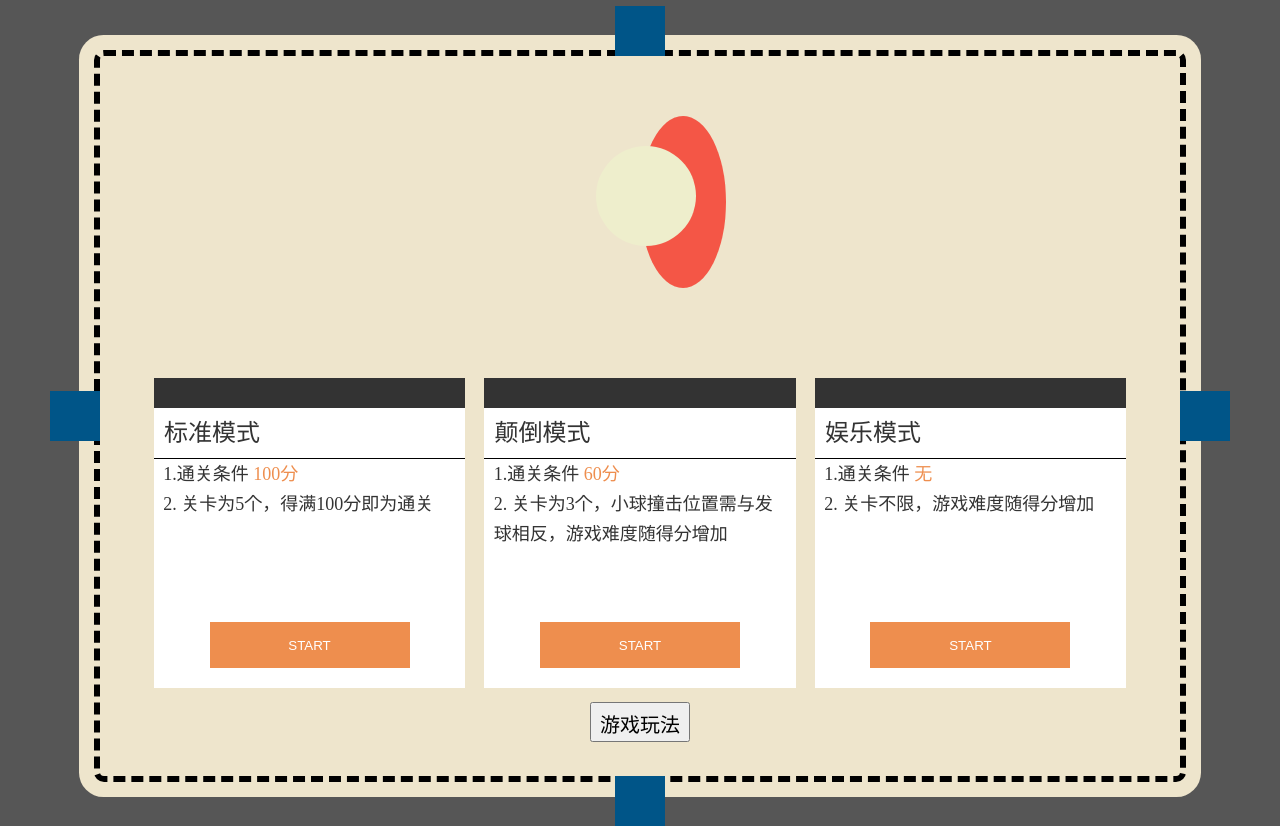
Repository: EEETA/ball-game
Page: theBall2/index.html
These files come from the project's save history. The page is drawn as it stood at one moment and after the next save; the edit follows.
The browser window is 1280 px wide. The pictures show the whole page.

Above is the page before, as saved 2018-08-04 00:22:23.

### theBall2/index.html
<!DOCTYPE html>
<html lang="en">
<head>
    <meta charset="UTF-8">
    <title>theBall</title>
	<link rel="stylesheet" href="style/index.css">
    <script src="js/jquery-1.8.3.min.js"></script>
	<script src="js/jquery.rotate.min.js"></script>
</head>
<body>
    <section class="box">
        <!-- 旋转div -->
        <section class="ball ballZhuan">
            <div class="redPart_box">
                <div class="redPart"></div>
            </div>
            <div class="blackPart_box">
                <div class="blackPart"></div>
            </div>
            <div class="middlePart"></div>
        </section>
        <div class="ball2"></div>

        <section class="idx_pattern">
            <!-- 主界面-游戏模式 -->
        </section>
        <section class="idx_intro">
            <!-- 主界面-游戏玩法 -->
        </section>

        <section class="game_mask">
        <!-- 游戏界面-娱乐模式遮罩提示层 -->
        </section>
        <div class="arrow">
            <!-- 升级效果 -->
        </div>
        <section class="game_shootBox">
            <!-- 游戏界面-小球发射台 -->
        </section>
        <section class="game_fraction">
            <!-- 游戏界面-分数血量显示 -->
        </section>
        <section class="game_hanlder">
            <!-- 游戏界面-结束模块 -->
        </section>
    </div>

    <script src="data/data.js"></script>
    <script>
        const patternLen = pattern.length;
        const idxPattern = document.querySelector('.idx_pattern');
        const idxIntro = document.querySelector('.idx_intro');
        const gameShootBox = document.querySelector('.game_shootBox');
        const gameFraction = document.querySelector('.game_fraction');
        const gameHanlder = document.querySelector('.game_hanlder');
        const gameMask = document.querySelector('.game_mask');
        var my=[];
        /*主界面-游戏模式*/
        for(var i=0;i<patternLen;i++){
            let idxPatternMain=`<div class="playWrap">
                                    <div class="playTit"> ${pattern[i].patternName} </div>
                                    <div class="playIntroduce">
                                        <div class="playIntroduceTxt">1.通关条件 <span style="color:#EE8E4E"> ${pattern[i].explain.condition} </span></div>
                                        <div class="playIntroduceTxt">2. ${pattern[i].explain.produce} </div>
                                    </div>
                                    <button class="start">START</button>
                                </div>`
            idxPattern.innerHTML+=idxPatternMain;
        }
        /*主界面-游戏玩法*/
        let produceTxt=`<div class="introTxt">
                            <div>
                                1.按空格键/AD可旋转 <img src="img/img1.png" alt="" class="sizeOne">
                            </div>
                            <div>
                                2.当<img src="img/img2.png" alt="" class="sizeOne">掉落时,根据模式将 <img src="img/img1.png" alt="" class="sizeOne"> 旋转到对应的颜色即可得1分,反之<span style="color:red">HP-1</span>
                            </div>
                            <div>
                                3.进入游戏后，每个玩家血量为5,右上角为分数面板 <img src="img/img3.png" alt="" class="sizeTwo"> 左侧为当前分数,右侧为当前关卡上限,分数达到上限即可进入下一关
                            </div>
                        </div>
                        <button class="introTxtBtn">游戏玩法</button>`
        idxIntro.innerHTML=produceTxt;



        /*游戏界面-小球发射台*/
        let gameShootBoxMain=`  <div class="launcher launT">

                                </div>
                                <div class="launcher launB">

                                </div>
                                <div class="launcher launL">

                                </div>
                                <div class="launcher launR">

                                </div>`
        gameShootBox.innerHTML+=gameShootBoxMain;

        /*游戏界面-小球发射台*/
        // let gameShootBoxMain=`<div class="top div_middle">
        //                             <div class="div_middle"></div>
        //                         </div>
        //                         <div class="bottom div_middle">
        //                             <div class="div_middle"></div>
        //                         </div>
        //                         <div class="left div_middle">
        //                             <div class="div_middle"></div>
        //                         </div>
        //                         <div class="right div_middle">
        //                             <div class="div_middle"></div>
        //                         </div>`
        // gameShootBox.innerHTML+=gameShootBoxMain;


        /*游戏界面-分数血量显示*/
        let gameFractionMain=`<div class="life">HP:
                                    <div class="hp_div">
                                        <div class="hp_div_main"></div>
                                    </div>
                                </div>
                                <div class="fraction">
                                    <span class="fraction_left"></span>
                                    /
                                    <span class="fraction_right"></span>
                                </div>`
        gameFraction.innerHTML=gameFractionMain;
        /*游戏界面-结束模块*/
        let gameHanlderMain=`<div class="interface">
                                <div class="over">Game Over</div>
                                <div class="success">成功通关</div>
                            </div>
                            <div class="button_box">
                                <button class="button_left">再玩一次</button>
                                <button class="button_right">返回大厅</button>
                            </div>`
        gameHanlder.innerHTML=gameHanlderMain;
        /*游戏界面-娱乐模式遮罩提示层*/
        let gameMaskMain=`<div class="Mask_span">
                                <span>按A键向左转</span>
                                <span>按D键向右转</span>
                            </div>
                            <span class="Mask_p">- 按空格键继续 -</span>`
        gameMask.innerHTML=gameMaskMain;
    </script>
    <script src="js/index.js"></script>
    <script src="js/animation.js"></script>
</body>
</html>

### theBall2/style/index.css
@charset "UTF-8";
html{background: #565656;}
body{-webkit-user-select:none;-moz-user-select:none;-ms-user-select:none; user-select:none;}
input{border: none;outline: none;-webkit-tap-highlight-color: #000000;-webkit-tap-highlight-color: rgba(0, 0, 0, 0);}
button{outline: none;}

.box{
    position: relative;
    margin: 50px auto 0;
    /* overflow: hidden; */
    width: 1080px;
    height: 720px;
    background: #eee5cc;
    border: 6px dashed #000;
    box-shadow: 0 0 0 15px #eee5cc;
    border-radius: 10px;
}
/*两种小球制作*/
.ball{
    position: relative;
    width: 172px;
    height: 172px;
    margin:60px auto 0;
    /* transform:rotate(0deg);
    -ms-transform:rotate(0deg);
    -moz-transform:rotate(0deg);
    -webkit-transform:rotate(0deg);
    -o-transform:rotate(0deg); */
    opacity:1
}
.redPart_box,.blackPart_box{
    height: 50%;
    overflow:hidden;
}
.redPart,.blackPart{
    position: relative;
    height: 100%;
    width: 100%;
    border-radius:50%
}
.redPart{background: #f45646;}
.blackPart{background: #333;top:-100%}
/* .redPart{background: #ff9b9b;}
.blackPart{background: #2aa1a7;top:-100%} */
.middlePart{
    position: absolute;
    left: 30px;
    top: 30px;
    width: 100px;
    height:100px;
    border-radius: 50%;
    background:#eec;
}
.ballZhuan{
    animation-name:rotate;
    animation-iteration-count: infinite;
    animation-duration: 4s;
    animation-timing-function: linear;
}
@keyframes rotate{
    0%{
        transform:rotate(0deg)
    }
    100%{
         transform:rotate(360deg)
    }
}


.ball2{
    width: 0;
    height: 0;
    border-top:20px solid #f45646;
    border-bottom: 20px solid #333;
    border-left:20px solid #efa97a;
    border-right:20px solid #6dd3ce;
    border-width: 86px;
    position: absolute;
    top: calc(50% - 85px);
    left: calc(50% - 85px);
    opacity: 0;
    /* z-index: 10;
    transform:rotate(0deg); */
    border-radius: 50%;
}

/*小球发射*/
.launcher{
    position: absolute;
    margin: 0 auto;
    width: 50px;
    height: 50px;
    background: #058;
}
.launT{left: 0;right: 0;top: -50px;}
.launB{left: 0;right: 0;bottom: -50px;}
.launL{top: 50%;margin-top: -25px;left: -50px}
.launR{top: 50%;margin-top: -25px;right: -50px}
.launchBall{
    position: absolute;
    width: 100%;
    height:100%;
    background:#f45646;
    border-radius: 50%;
}


/*成功击中扩散动画*/
.ball_middle{
    height: 75px;
    width:75px;
    border-radius: 50%;
    background: #333;
    opacity:0.5;
    position: absolute;
    top: calc(50% - 37px);
    left:calc(50% - 37px);
}

.game_fraction{
    width: 100%;
    height: 80px;
    top:50px;
    position: absolute;
    display: none;
}
.life{width: 60%;height: 100%;display: inline-block;line-height: 80px;text-indent: 10px;color:#f00;}
.fraction{width: 30%;height: 100%;text-align: center;line-height: 80px;float: right;margin-right: 10px;font-size: 30px;}
.fraction span{color:#333;}
.firworks{width: 4px;height: 4px;position: absolute;border-radius: 50%}
.over,.success{position: absolute;top:43%;font-size: 60px;opacity:0;z-index: 30;width: 100%;text-align: center;}
.arrow{height: 300px;width: 500px;position: absolute;top: calc(50% - 150px);left: calc(50% - 250px);}
.arrow span{font-size: 30px;color: #333;position: absolute;left: calc(50% - 145px);top: 150px;opacity: 0;height: 100px;width: 300px;text-align: center;}
 .img{height:80px;width: 30px;position: absolute;}



.button_box{
    position: absolute;
    left:0;
    right:0;
    bottom:45px;
    margin:0 auto;
    width: 380px;
    display: none;
    opacity: 0;
}
.button_left,.button_right{
    height: 46px;
    width: 150px;
    background:#333;
    border-radius:3px;
    font-size: 24px;
    color:#fff;
    cursor:pointer;
    border:none;
}
.button_left:hover,.button_right:hover{background: #f45646;}
.button_left{float:left;}
.button_right{float:right;}


/************************************游戏玩法***********************************/
.introTxtBtn{
    position: absolute;
    bottom: 34px;
    font-size: 20px;
    cursor:pointer;
    z-index: 1000;
    left: calc(50% - 50px);
    height: 40px;
    width: 100px;
    text-align: center;
    line-height: 40px
}
.introTxtBtn:hover{
    background: #333;
    color: #fff;
}
.introTxt{
    width: 500px;
    height: 530px;
    left: calc(50% - 250px);
    top: calc(50% - 300px);
    line-height: 40px;
    background: #fff;
    border-radius: 5px;
    display: none;
    z-index: 1001;
    position: absolute;
}
.sizeOne,.sizeTwo{
    position:relative;
    top: 10px;
}
.sizeOne{width: 40px;}
.sizeTwo{width: 80px;}
.introTxt div{margin:30px auto;width: 90%;font-size: 24px}
.introTxt p{display: inline-block;}



.hp_div{display: inline-block;width: 180px;height: 40px;border:1px solid red;vertical-align:middle;border-radius: 4px;}
.hp_div_main{height: 100%;width: 100%;background: red;border-radius: 3px;}


.game_mask{
    display: none;
    position: absolute;
    width: 100%;
    height: 100%;
    top: 0;
    left: 0;
    background: rgba(51,51,51,.5);
    font-size: 30px;
    color: #fff;
    z-index: 1;
}
.Mask_span{
    position: absolute;
    top:calc(50% - 100px);
    opacity: 1;
    width: 100%;
    text-align: center;
    line-height: 100px;
}
.Mask_span span{
    display: block;
}
.Mask_p {
    position: absolute;
    bottom: 150px;
    width: 100%;
    text-align: center;
    font-size:40px;
    color: #000;
    animation-name:opacity;
    animation-iteration-count: infinite;
    animation-duration: 1.8s;
}
@keyframes opacity{
    0%{
        opacity:0
    }
    50%{
        opacity: 1
    }
    100%{
        opacity:0
    }
}


/*playFour*/
.idx_pattern{
    overflow:auto;
    position: relative;
    margin: 0 auto;
    width: 90%;
    margin-top: 90px;
}
.playWrap{
    overflow: hidden;
    position: relative;
    float:left;
    width: 32%;
    height: 280px;
    background:#fff;
    color:#333;
    border-top: 30px solid;
}
.playWrap:nth-child(2){margin: 0 2%;}
.playWrap:hover{
    background: rgba(255,255,255,.7)
}
.playTit{
    /* width: 100%; */
    border-bottom: 1px solid #000;
    font-size: 24px;
    line-height: 50px;
    text-indent: 10px;
}
.playIntroduce{
    font-size: 18px;
    text-align: left;
    line-height: 30px;
    margin: 0 auto;
    width: 94%;
}
.start{
    position:absolute;
    bottom:0;
    left:0;
    right:0;
    width: 200px;
    height: 46px;
    background: #EE8E4E;
    color: #fff;
    outline: none;
    margin: 0 auto 20px;
    cursor: pointer;
    border: none;
}
.start:hover{background: rgba(51,51,51,1)}

### theBall2/data/data.js

/*
patternName：模式名称
explain：游戏说明
condition：过关条件
produce：关卡介绍
tip：其他
*/
var pattern=[
    {
        patternName:'标准模式',
        explain:{
            condition:'100分',
            produce:'关卡为5个，得满100分即为通关',
            tip:''
        }
    },
    {
        patternName:'颠倒模式',
        explain:{
            condition:'60分',
            produce:'关卡为3个，小球撞击位置需与发球相反，游戏难度随得分增加',
            tip:''
        }
    },
    {
        patternName:'娱乐模式',
        explain:{
            condition:'无',
            produce:'关卡不限，游戏难度随得分增加',
            tip:''
        }
    }
]
var gameInit=[
    {
        hp:1,
        hp_box:10,
        fraction:0,
        toplimit:10,

    }
]
// var gameHanlder={
//     gameOver="Game Over",
//     gameSuccess="游戏通关",
// }

### theBall2/js/animation.js


// 抖动效果
jQuery.fn.shake = function (intShakes /*Amount of shakes*/, intDistance /*Shake distance*/, intDuration /*Time duration*/) {
    this.each(function () {
        var jqNode = $(this);
        jqNode.css({ position: 'relative' });
        for (var x = 1; x <= intShakes; x++) {
            jqNode.animate({ left: (intDistance * -1) }, (((intDuration / intShakes) / 4)))
            .animate({ left: intDistance }, ((intDuration / intShakes) / 2))
            .animate({ left: 0 }, (((intDuration / intShakes) / 4)));
        }
    });
    return this;
}

/*撞击成功*/
success=function(r,borderSpacing){
    switch_1=1;
    $('<div class="ball_middle" style="background-color:'+$(r).css('background-color')+';display:block"></div>').appendTo(ballShow);
    $('.ball_middle').animate({ borderSpacing:borderSpacing },{
            step:function(now){
                $(this).css('transform','scale('+now+','+now+')')
            },
            duration:200
        }
    );
    $('.ball_middle').animate({opacity:'0'},200,function(){
        this.remove();
    });
    $(r).remove();

    fractionNow++;
    $('.fraction_left').html(fractionNow);
}

fail=function(r){   //撞击失败
    switch_1=1;
    for(var i=0;i<20;i++){
        var firworks=$('<div class="firworks"></div>');
        var b=new boom(firworks,$(r).offset().left,$(r).offset().top,$(r).css('background-color'));
        b.move();
    }
    $(r).remove();
	hp--;
    fail_hp=hp*100/hp_box;
    $('.hp_div_main').animate({width:fail_hp+"%"},500);
}

boom=function(div,x,y,color){  //爆炸效果
        $('body').append(div);
        $(div).css({
            left:x+'px',
            top:y+'px',
            background:color
        });
        var speedX = (parseInt(Math.random()*2) == 0 ? 1 : -1)*parseInt(Math.random()*16 + 1);  //三目运算符随机移动方向，概率50%,为1时往正方向移动，负1时往反方向移动第二个随机数随机速度快慢
        var speedY = (parseInt(Math.random()*2) == 0 ? 1 : -1)*parseInt(Math.random()*20 + 1);

        this.move=function(){
            var i = 3;
            var time=setInterval(function(){
            i++;
            $(div).css({
                left:div[0].offsetLeft+speedX+'px',
                top:div[0].offsetTop+speedY+i+'px',
            })
            if(div[0].offsetLeft+div[0].offsetWidth>window.innerWidth|| div[0].offsetLeft<2 || div[0].offsetTop+div[0].offsetHeight>window.innerHeight || div[0].offsetTop<2 ){
                    div.remove();       //移动出可视区域记得删除div和清除定时器
                    clearInterval(time);
                }
            },1000/30)
        }
}

callarrow=function(arrow_html){  //初始化提升动画
    for(var i=0;i<10;i++){
        var a=new addarrow(i);
        a.move();
    }

    $('.arrow').append('<span>'+arrow_html+'</span>');
    $('.arrow span').animate({top:'0',opacity:1},600,function(){$(this).animate({opacity:0},800,function(){this.remove()})});

}

 addarrow=function(i){  //难度提升动画
        var leftnum=parseInt(Math.random()*500);
        var topnum=parseInt(Math.random()*400);
        var arrow=$(' <img src="img/Arrow.png" class="img">');
        var now=(Math.random()*1.1+0.75).toFixed(2);

        $('.arrow').append(arrow);
        $('.img')[i].style.cssText="top:"+topnum+"px;left:"+leftnum+"px;transform:scale("+now+","+now+")";

        this.move=function(i){
            $('.img').animate({top:'-100',opacity:'0'},700,function(){
                this.remove();
            });
        }
}
endarrow=function(innertHTML,time){
    $('.arrow').append('<span>'+innertHTML+'</span>');
    setTimeout(function(){$('.arrow span').animate({top:'0',opacity:1},1000,function(){$(this).animate({opacity:0},1500,function(){this.remove()})})},time);
}

rotate_transition=function(ball,ball2){
    $(ball).rotate({
            animateTo: 180,
            duration:300,
        }
    );
    $(ball).animate({opacity:'0'},600);
    $(ball2).animate({opacity:'1'},600);
    $(ball2).rotate({
            animateTo:-360,
            duration:600
    });
}

movejudge=function(r,rou,red,qing,black,num,numberMode){
    numbox=numList;
    if(numList>0){
        numbox=negative;
    }
    if($(r).css('background-color')=='rgb(239, 169, 122)' && numbox%360==rou){  //肉
        success(r,num);
    }else if($(r).css('background-color')=='rgb(244, 86, 70)' && numbox%360==red){  //红
        success(r,num);
    }else if($(r).css('background-color')=='rgb(109, 211, 206)' && numbox%360==qing){  //青
        success(r,num);
    }else if($(r).css('background-color')=='rgb(51, 51, 51)' && numbox%360==black){  //黑
        success(r,num);
    }else{fail(r)};

    appendball(numberMode);
    $(r).stop();
}

// Mask=function(){
//     $('.game_mask').fadeIn(300);
//     $('.Mask_p').fadeIn(800);
//     $('.Mask_span').fadeIn(800);
//     // $('.Mask_p').addClass('play');
// }


box_animation=function(height,width,speed){
    speed = speed||1000;
    $('.box').animate(
        {
            width:width+'px',
            height:height+'px',
        },
        {
            duration:speed,
        }
  	);
}

Loaded but not shown: theBall2/js/jquery-1.8.3.min.js (library); theBall2/js/jquery.rotate.min.js (library); theBall2/js/index.js (336 lines, source omitted)

After the next save:
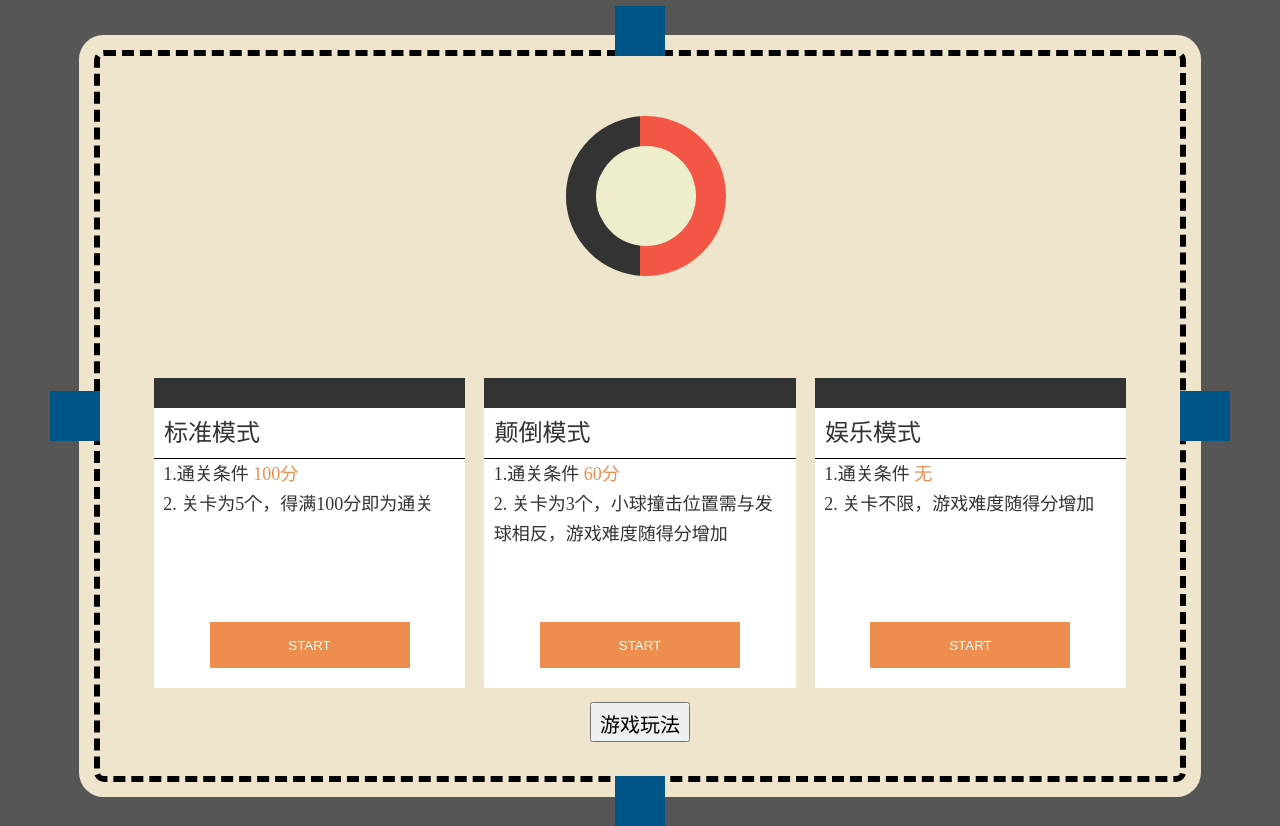
Saved 9 s later.
--- a/theBall2/style/index.css
+++ b/theBall2/style/index.css
@@ -34,8 +34,8 @@ button{outline: none;}
 }
 .redPart,.blackPart{
     position: relative;
-    height: 100%;
-    width: 100%;
+    height: 160px;
+    width: 160px;
     border-radius:50%
 }
 .redPart{background: #f45646;}
